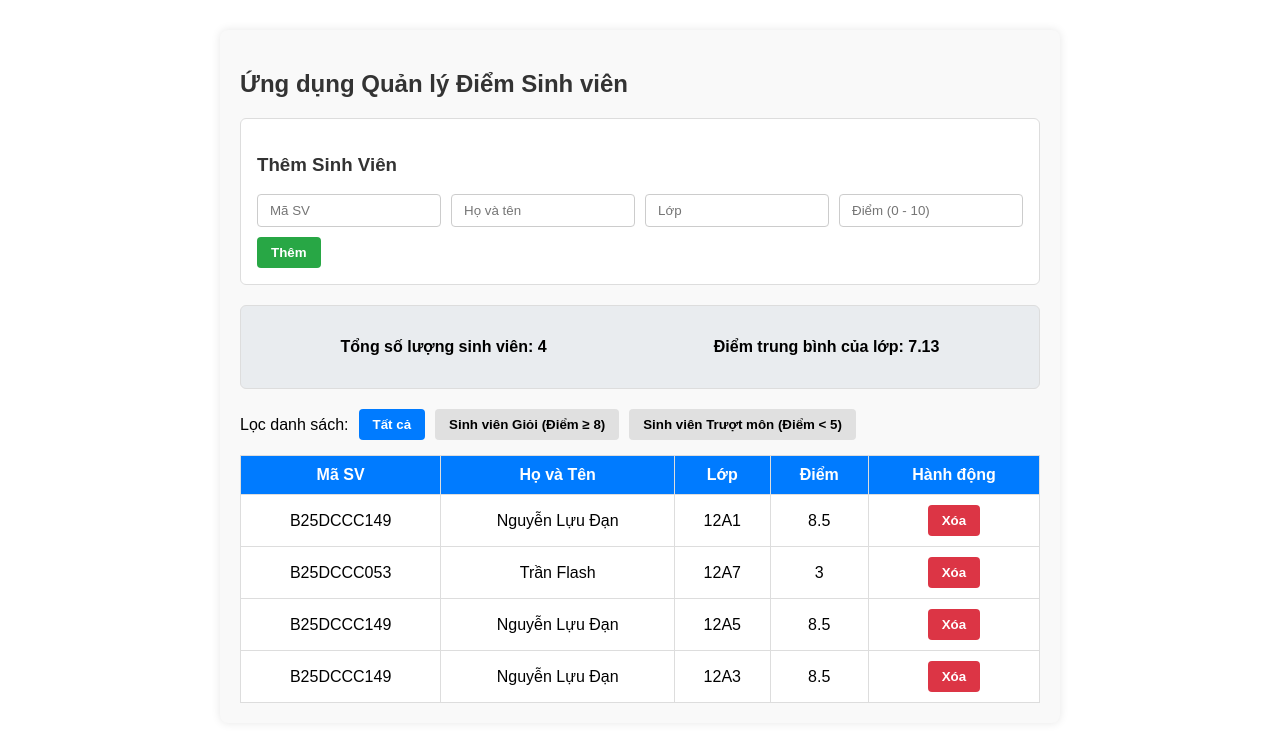
Repository: bachphamudu/B25DCCC030
Page: /
These files come from the project's save history. The page is drawn as it stood at one moment and after the next save; the edit follows.
The browser window is 1280 px wide. The pictures show the whole page.
The project was rebuilt for these pictures with package versions that can differ from the ones it lists, and the page was loaded fresh each time.

Above is the page before, as saved 2026-10-15 10:08:47.

After the next save:
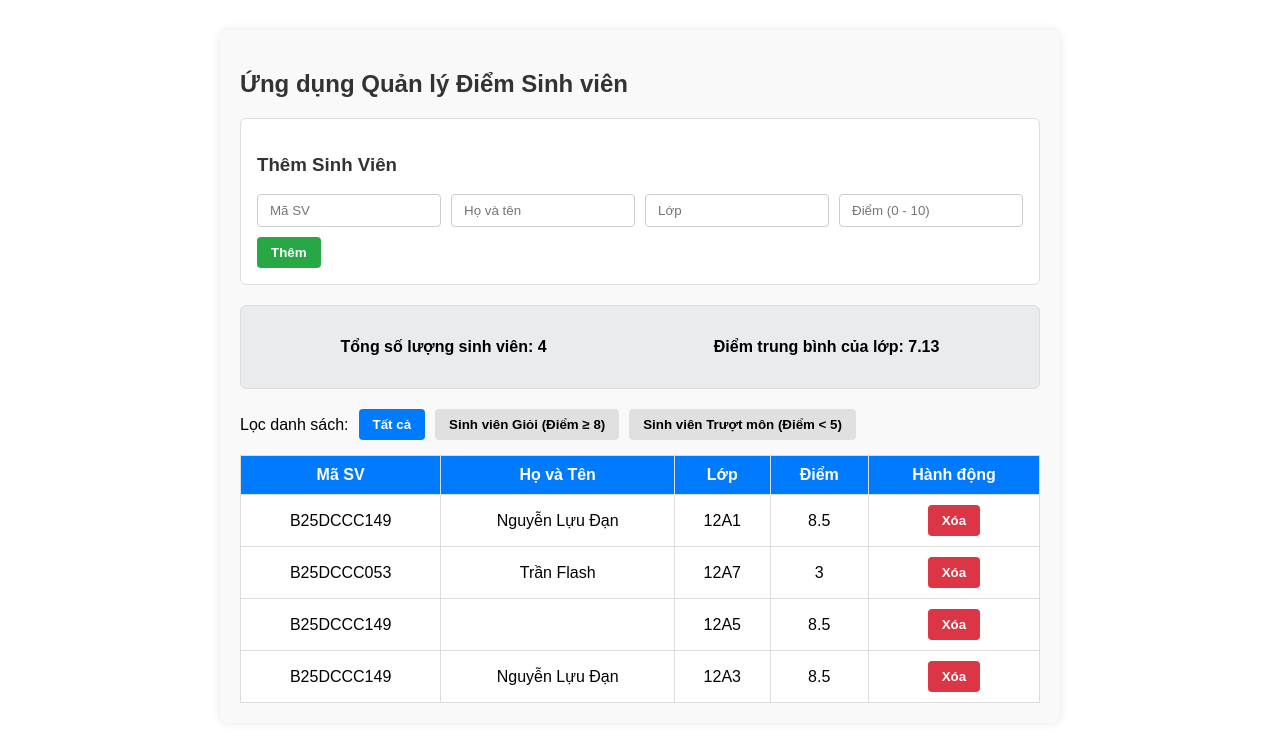
Saved 6 s later.
--- a/src/App.js
+++ b/src/App.js
@@ -54,7 +54,7 @@ const App = () => {
   const [students, setStudents] = useState([
     { id: 'B25DCCC149', name: 'Nguyễn Lựu Đạn', score: 8.5, className: '12A1' },
     { id: 'B25DCCC053', name: 'Trần Flash', score: 3, className: '12A7' },
-    { id: 'B25DCCC149', name: 'Nguyễn Lựu Đạn', score: 8.5, className: '12A5' },
+    { id: 'B25DCCC149', name: '', score: 8.5, className: '12A5' },
     { id: 'B25DCCC149', name: 'Nguyễn Lựu Đạn', score: 8.5, className: '12A3' },
 
   ]);
